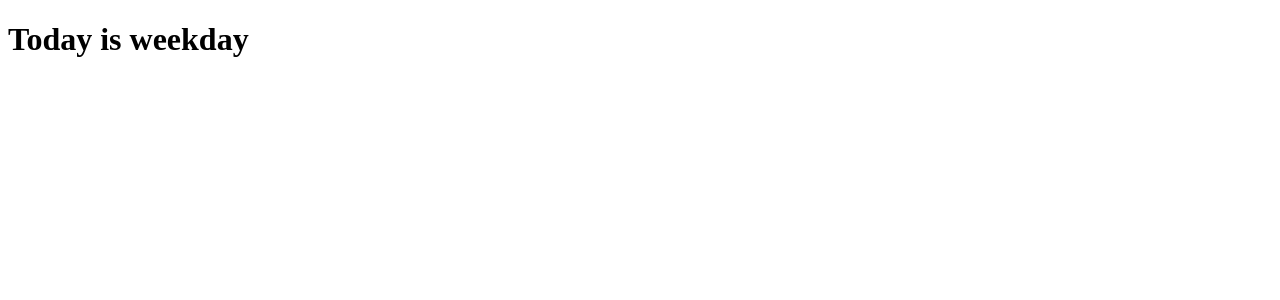
Repository: DESTINYAS/ToDo-List
Page: http://localhost/
An editor plug-in stored every save of this project. The page is shown before and after the next save, followed by the edit.
The browser window is 1280 px wide. The pictures show the whole page.
The page is served by the project's Node server (app.js).

Above is the page before, as saved 2022-08-23 15:23:38.

After the next save:
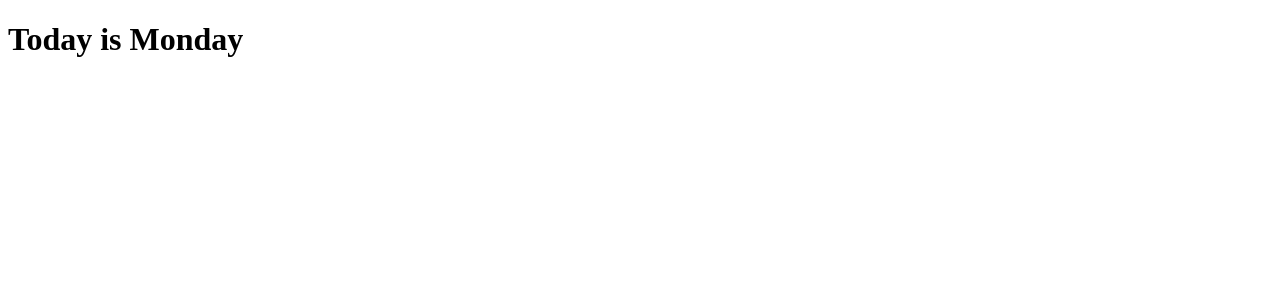
Saved 5 min 51 s later.
--- a/app.js
+++ b/app.js
@@ -9,10 +9,22 @@ app.get("/", function (req, res) {
   const today = new Date();
   var currentDay = today.getDate();
   var day = "";
-  if (currentDay === 6 || currentDay === 0) {
-    day = "weekend";
+  if (currentDay === 0) {
+    day = "Sunday";
+  } else if (currentDay === 6) {
+    day = "Saturday";
+  } else if (currentDay === 5) {
+    day = "Friday";
+  } else if (currentDay === 4) {
+    day = "Thursday";
+  } else if (currentDay === 4) {
+    day = "Thursday";
+  } else if (currentDay === 3) {
+    day = "Wednesday";
+  } else if (currentDay === 2) {
+    day = "Tuesday";
   } else {
-    day = "weekday";
+    day = "Monday";
   }
   res.render("list", { kindOfDay: day });
 });
